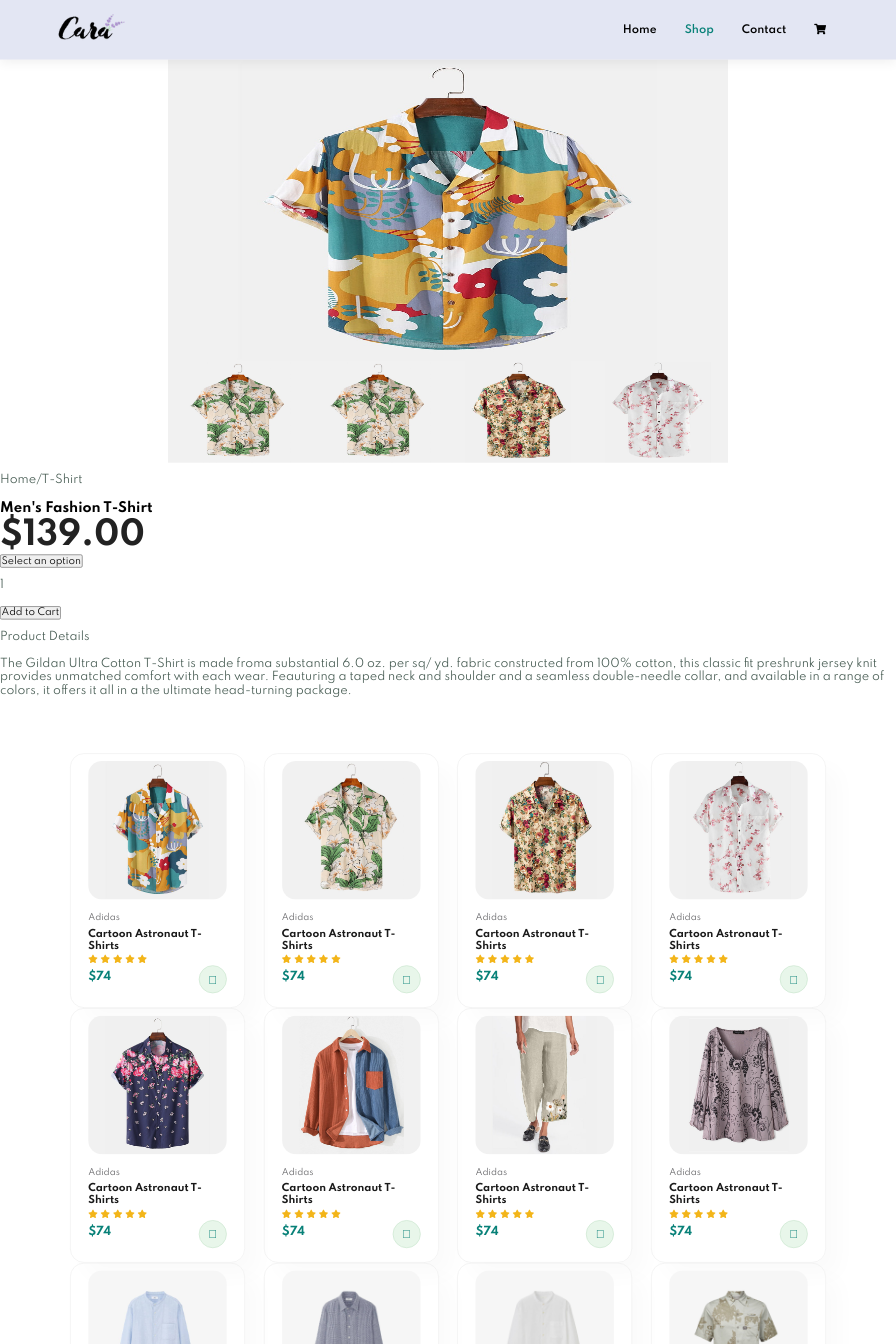
Repository: Daryllgio/E-Commerce-Website-UI
Page: ItemDetail.html
An editor plug-in stored every save of this project. The page is shown before and after the next save, followed by the edit.
The browser window is 1280 px wide. The pictures show the part of the page from y = 0 to 1920 px (the page is 3175 px tall), at 70% of full size.
Some web libraries are served in a nearby version.

Above is the page before, as saved 2025-01-01 11:09:34.

After the next save:
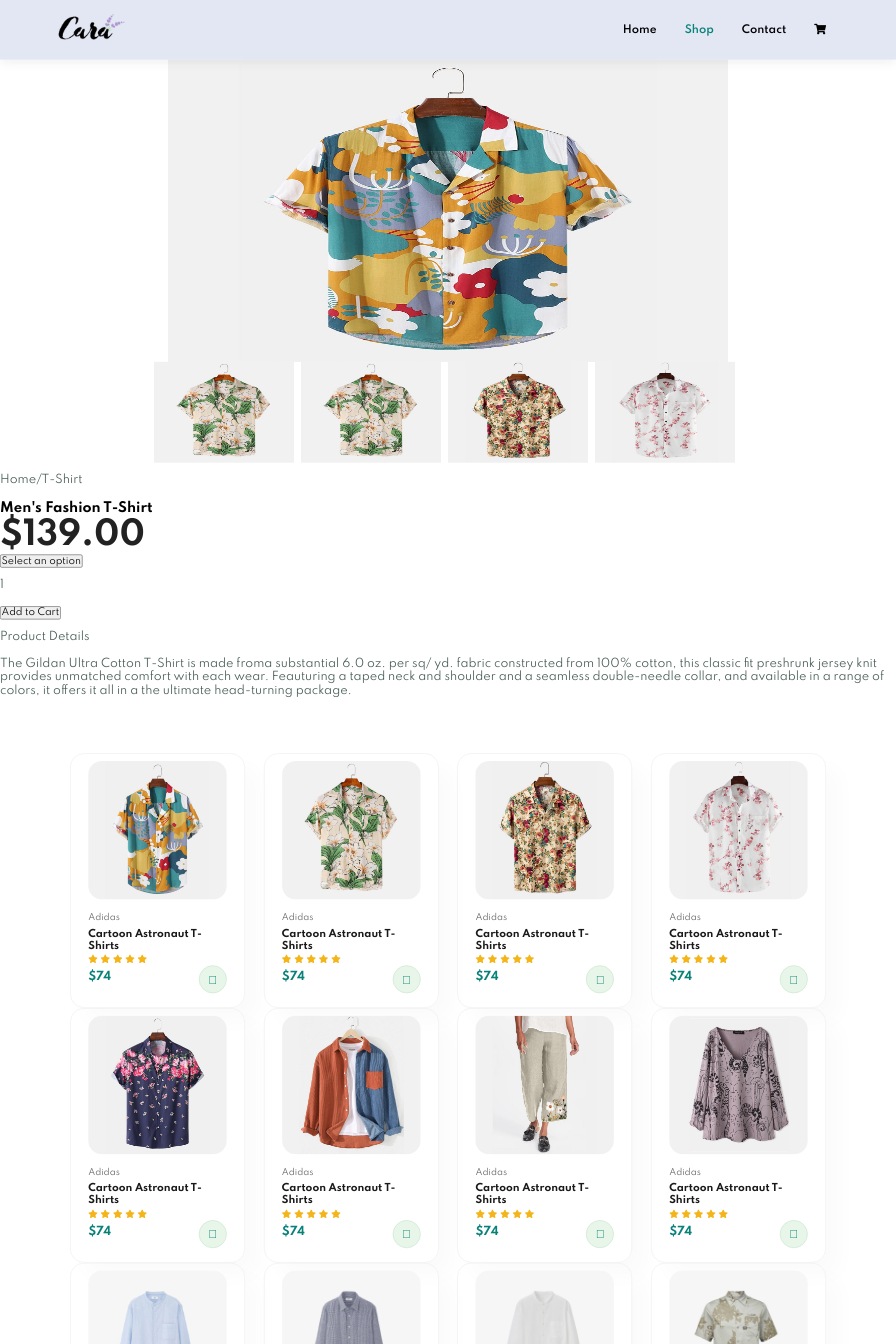
Saved 6 s later.
--- a/style.css
+++ b/style.css
@@ -612,4 +612,5 @@ body {
 #Product-Detail .option {
   width: 200px;
   height: 20vh;
-}
+  margin-right: 10px;
+}
